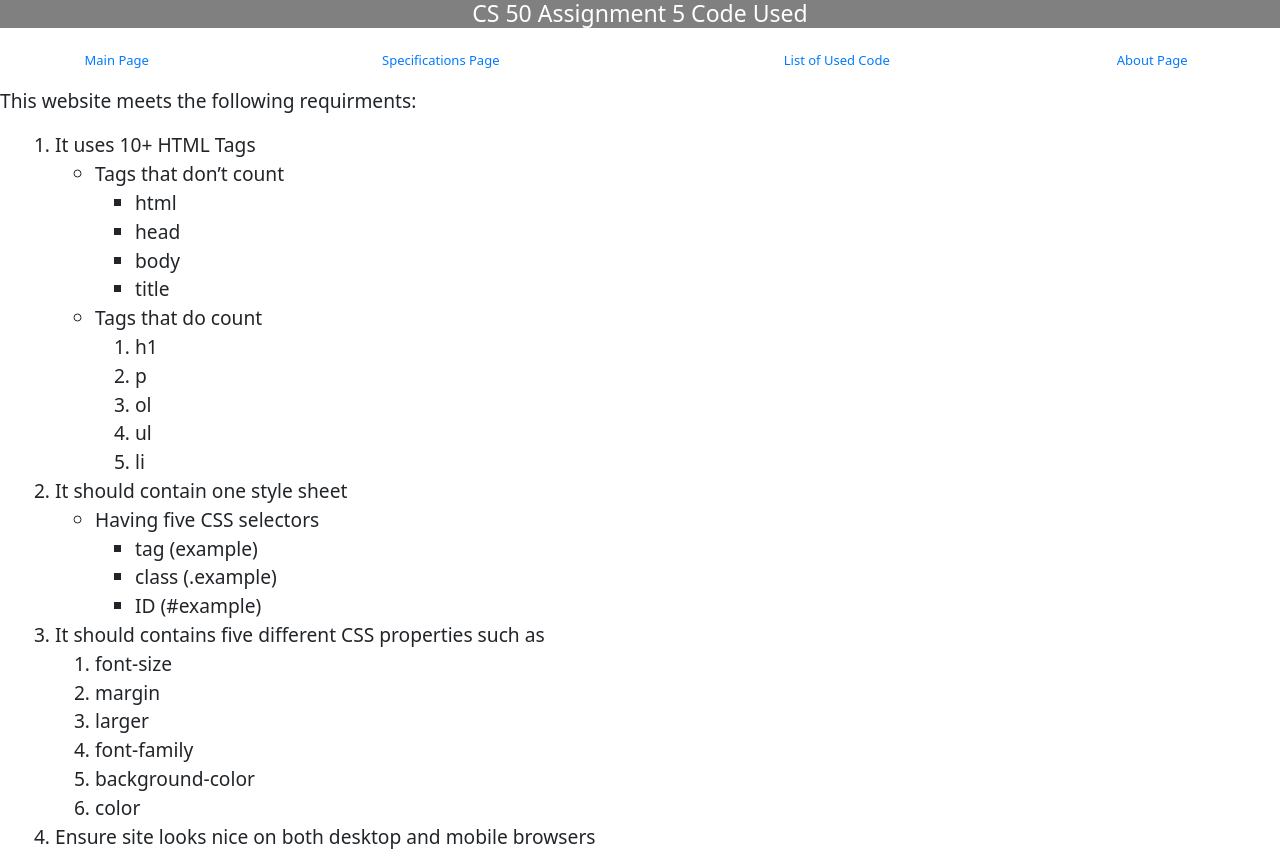
Repository: RSchwinn/cs50
Page: workspace/pset5/homepage/add.html
The author's editor kept a record of every edit. The page is drawn from the files as they stood at one moment, then again after the next edit.
The browser window is 1280 px wide. The pictures show the whole page.

Above is the page before.

After the next edit:
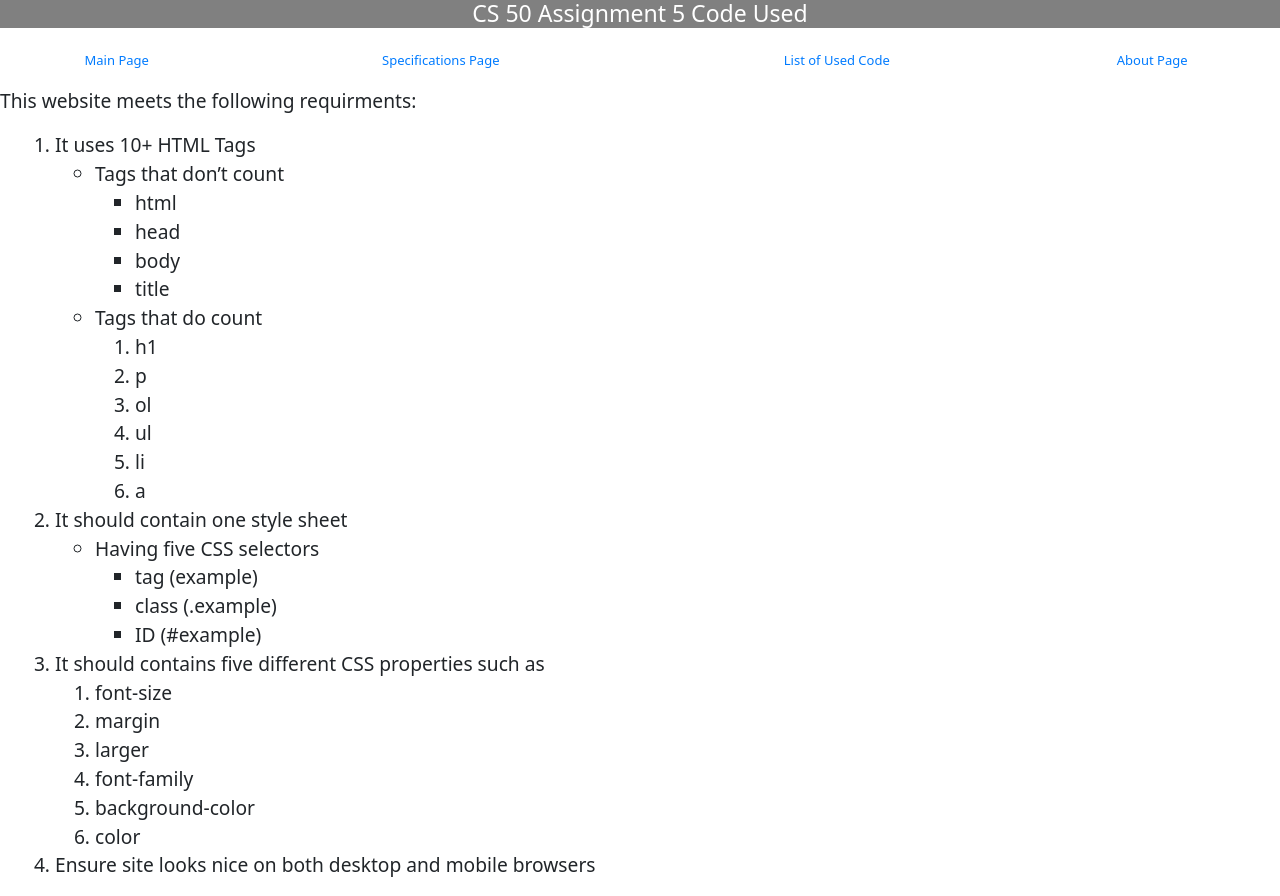
The edit:
--- a/workspace/pset5/homepage/add.html
+++ b/workspace/pset5/homepage/add.html
@@ -41,6 +41,7 @@
                                 <li> ol </li>
                                 <li> ul </li>
                                 <li> li </li>
+                                <li> a </li>
                             </ol>
                         </li>
                     </ul>
